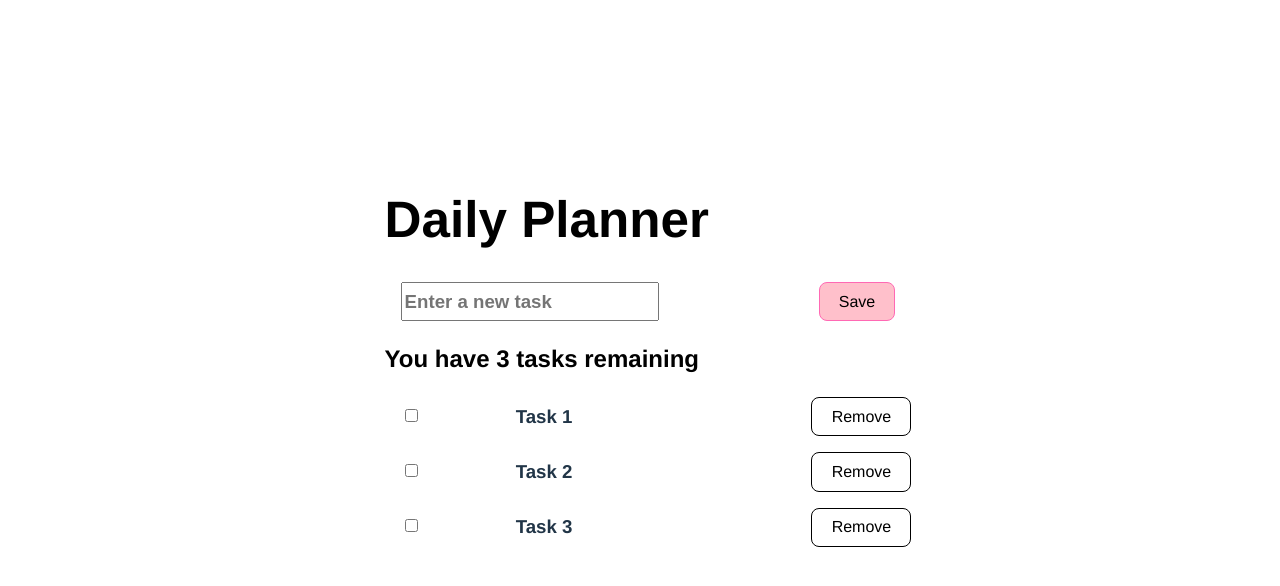
Repository: MonicaNguyenH/Frontend_Assignment6
Page: / (app in react/)
An editor plug-in stored every save of this project. The page is shown before and after the next save, followed by the edit.
The browser window is 1280 px wide. The pictures show the whole page.
The project was rebuilt for these pictures with package versions that can differ from the ones it lists, and the page was loaded fresh each time. Also part of the build but not shown: react/vite.config.js.

Above is the page before, as saved 2024-10-11 01:00:18.

After the next save:
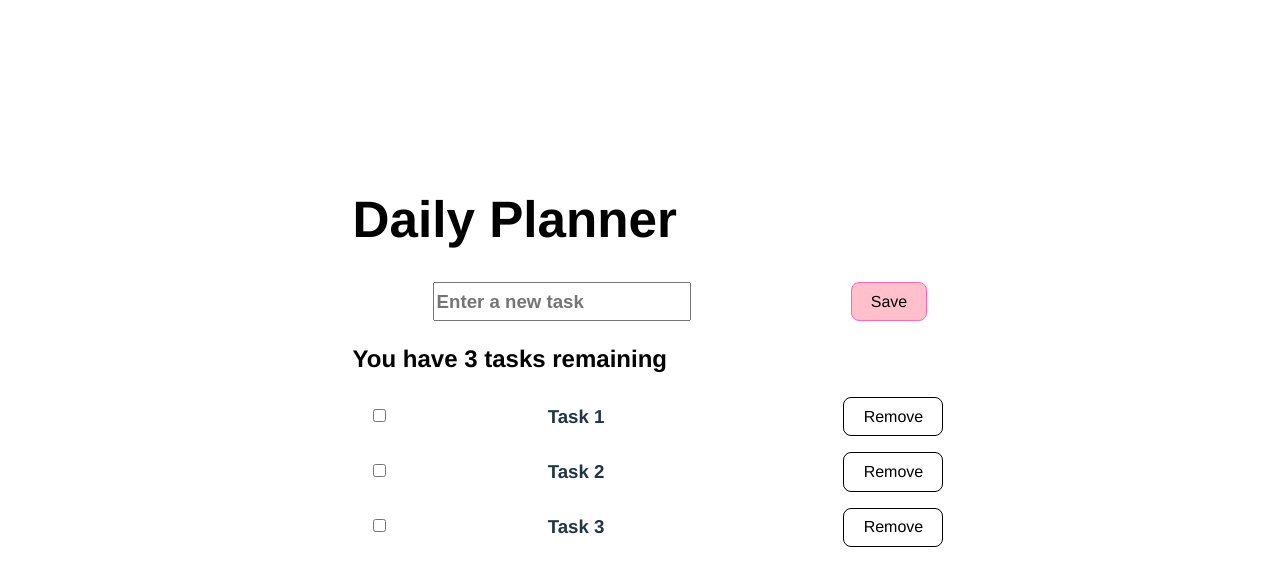
Saved 28 s later.
--- a/react/src/App.css
+++ b/react/src/App.css
@@ -60,7 +60,7 @@
 }
 
 #task-name {
-  margin: 0 10rem 0 1rem;
+  margin: 0 10rem 0 5rem;
   font-weight: bold;
   font-size: 14pt;
 }
